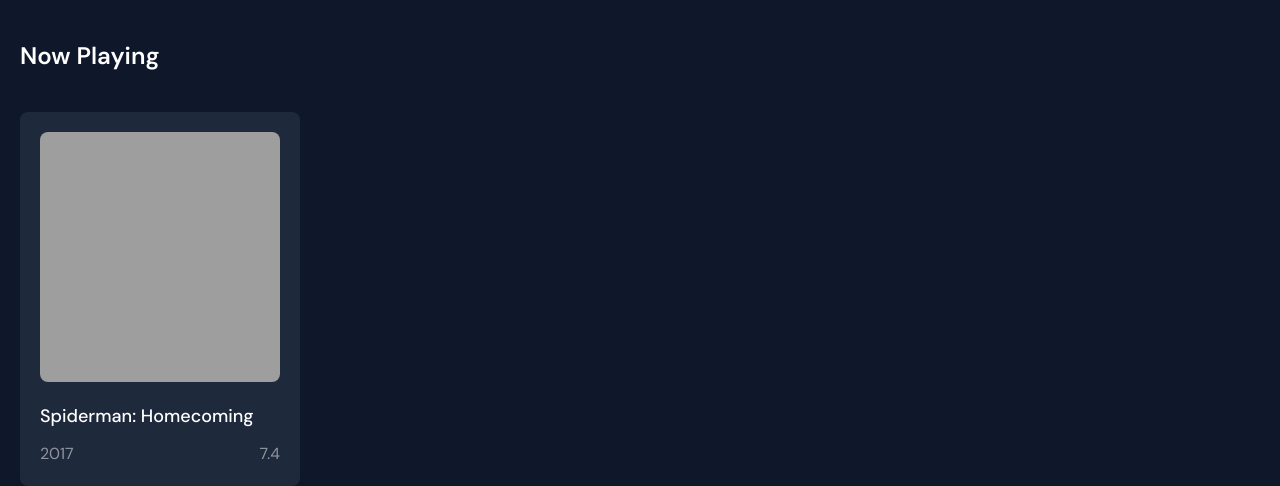
Repository: Duchieu7802/React-Simple-Movie
Page: /movies
These files come from the project's save history. The page is drawn as it stood at one moment and after the next save; the edit follows.
The browser window is 1280 px wide. The pictures show the part of the page from y = 504 to 1014 px (the page is 990 px tall before and 1014 px after).
Pictures or frames that could not be fetched are drawn as grey boxes. The project was rebuilt for these pictures with package versions that can differ from the ones it lists, and the page was loaded fresh each time. Also part of the build but not shown: vite.config.js.

Above is the page before, as saved 2024-05-27 16:35:44.

After the next save:
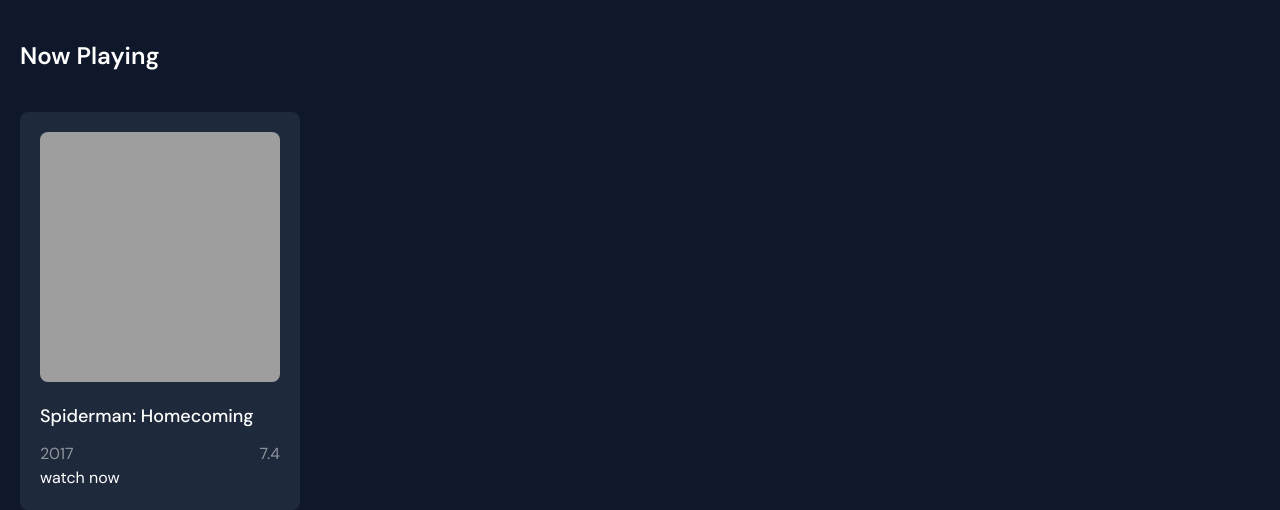
Saved 17 s later.
--- a/src/App.jsx
+++ b/src/App.jsx
@@ -50,6 +50,7 @@
 							<span>2017</span>
 							<span>7.4</span>
 						</div>
+						<button className="">watch now</button>
 					</div>
 				</div>
 			</section>
